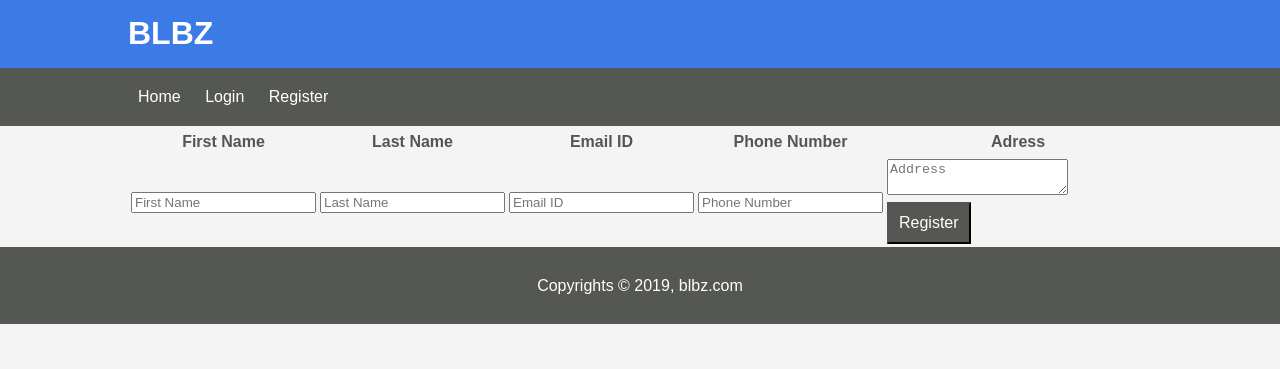
Repository: Kutty39/WebApps
Page: http://localhost/WebPageApp1/editpage.jsp
These files come from the project's save history. The page is drawn as it stood at one moment and after the next save; the edit follows.
The browser window is 1280 px wide. The pictures show the whole page.
The page is served by Tomcat 9.

Above is the page before, as saved 2019-12-09 13:12:31.

After the next save:
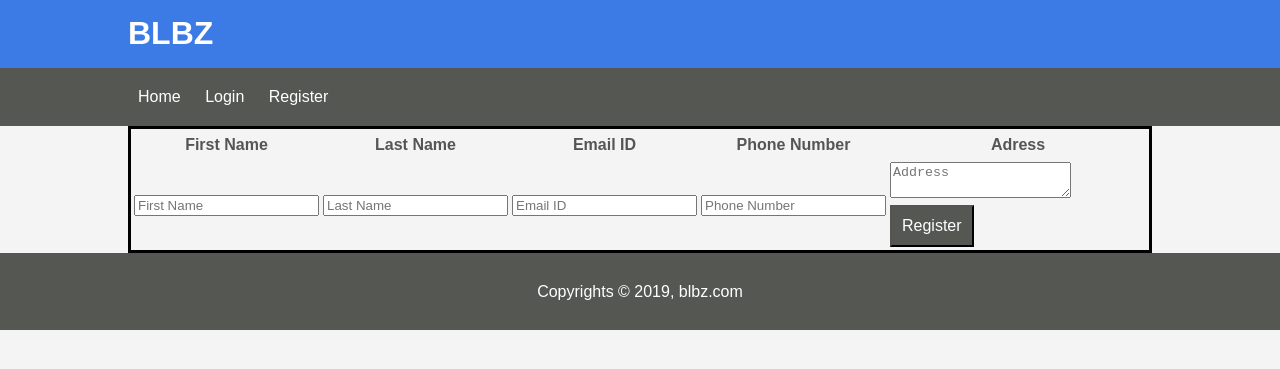
Saved 110 s later.
--- a/LoginRegistrationPage/WebPageApp1/src/main/webapp/editpage.jsp
+++ b/LoginRegistrationPage/WebPageApp1/src/main/webapp/editpage.jsp
@@ -29,7 +29,7 @@
 	</nav>
 	<section class="main">
 		<div id="ajx" class="container">
-			<table style="border: 1rem;border-color: black;">
+			<table style="border-style:solid;border-color: black;">
 				<tr>
 					<th>First Name</th>
 					<th>Last Name</th>
